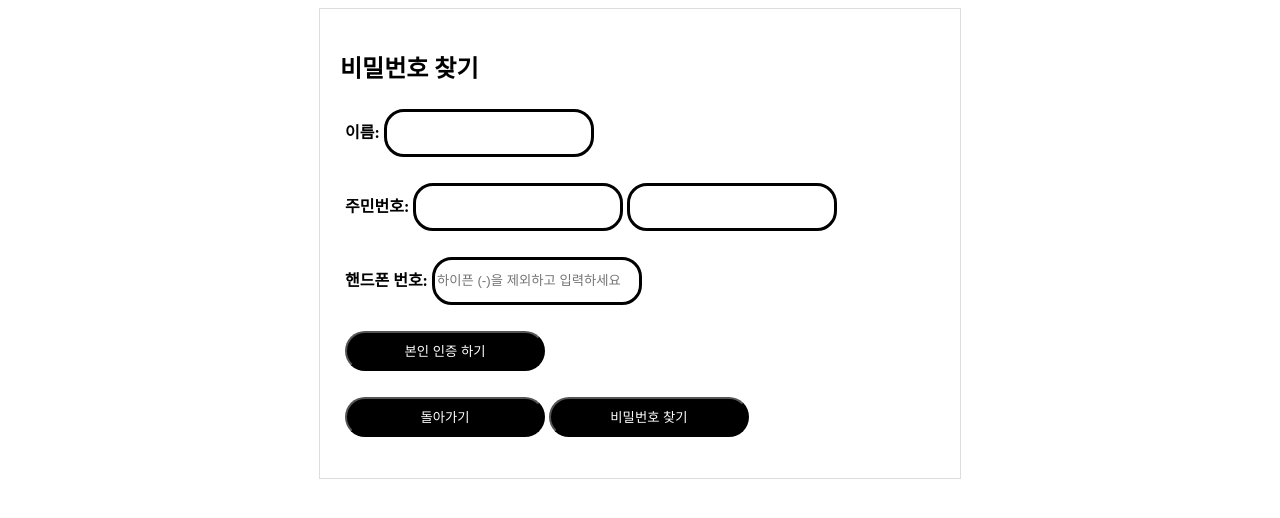
Repository: PEPI-dev/UI
Page: find_id_pw/findpw.html
The author's editor kept a copy of each file at every save. The page is drawn from the files as they stood at one save, then again after the next save.
The browser window is 1280 px wide. The pictures show the whole page.
Some web fonts or font styles are not loaded; a fallback is used.

Above is the page before, as saved 2023-12-05 16:44:44.

### find_id_pw/findpw.html
<!DOCTYPE html>
<html lang="en">
<head>
    <meta charset="UTF-8">
    <meta name="viewport" content="width=device-width, initial-scale=1.0">
    <title>비밀번호 찾기</title>
    <style>
        #container {margin: 0 auto; width: 600px; border: 1px solid #ddd;
        padding: 20px;}
        input {width: 200px; height: 40px; border: 3px solid black; border-radius: 20px;}
        p {font-weight: bold; padding: 5px;}
        button {width: 200px; height: 40px; background-color: black; color: white; border-radius: 20px; cursor: pointer;}
    </style>
</head>
<body>
    <div id="container">
        <h2>비밀번호 찾기</h2>
        <form action="#">
            <p>이름: <input type="text"></p>
            <p>주민번호: <input type="text"> <input type="password"></p>
            <p>핸드폰 번호: <input type="text" placeholder="하이픈 (-)을 제외하고 입력하세요"></p>
            <p><button>본인 인증 하기</button></p>
            <p><button type="button" onclick="backPage()">돌아가기</button> <button>비밀번호 찾기</button></p>
        </form>
    </div>

    <script>
        // 이전 페이지로 돌아가기
        function backPage(){
            window.history.back()
        }
    </script>
</body>
</html>

### userFrame.css
/*색상*/
.purple {
    background-color: #6658B1;
}

.gold {
    background-color: #EF9E3E;
}

.yellow {
    background-color: #F6C080;
}

/*폰트 -> 이거만 사용, 이미 적용시켜놨어용*/
@font-face {
    font-family: 'Pretendard-Regular';
    src: url('https://cdn.jsdelivr.net/gh/Project-Noonnu/noonfonts_2107@1.1/Pretendard-Regular.woff') format('woff');
    font-weight: 400;
    font-style: normal;
}

* {
    font-family: 'Pretendard-Regular';
}
/*기본 설정*/
html {
    font-size: 16px;
    box-sizing: border-box;
}

body, header, footer{
    width: 100%;
    font-size: 1rem;
    margin: 0;
    padding: 0;
    box-sizing: border-box;
}

header {
    padding: 30px;
    padding-left: 8%;
    padding-top: 50px;
    display: flex;
    font-size: 1.7rem;
    font-weight: 500;
    line-height: 1.7rem;
}

.title{
    margin-left: 0.9rem;
}

.container{
    width: 80%;
    margin: auto;
    padding: 0;
    box-sizing: border-box;
}
/*검색창, 입력창*/
.search {
    border: 1px solid #d1d0d0;
    border-radius: 10px;
    width: 100%;
    height: 40px;
    padding: 5px 20px;
    box-sizing: border-box;
}
/*뒤로가기 버튼*/
.xi-angle-left {
    color: #6658B1;
}
/*기본 버튼*/
.button {
    color: white;
    font-size: 20px;
    font-weight: 500;
    border-radius: 17px;
    border: 0px;
    width: 100%;
    height: 50px;
    margin-top: 50px;
}

footer {
    height: 60px;
}

### find_id_pw/findid.css
.btn_inside{
    width: fit-content;
    text-wrap: nowrap; /*버튼 크기가 텍스트 사이즈에 맞게 커지도록 설정, 텍스트가 밑으로 가지 않고 옆으로 가게끔*/
    background-color: #636163;
    color: white;
    font-weight: 500;
    border-radius: 7px;
    border: 0px;
    position: absolute;
    padding: 5px;
    position: absolute;
    transform: translate(-120%, 63%);
}

input {
    width: 80%;
    margin-top: 10px;
    position: relative;
}

.container{

    margin-top: 70px;
}

.button{
    width: 90%;
    margin-top: 70px;
    margin-left: 13px;
}

Loaded but not shown: a_XEIcon-2.2.0/xeicon.min.css (library)

After the next save:
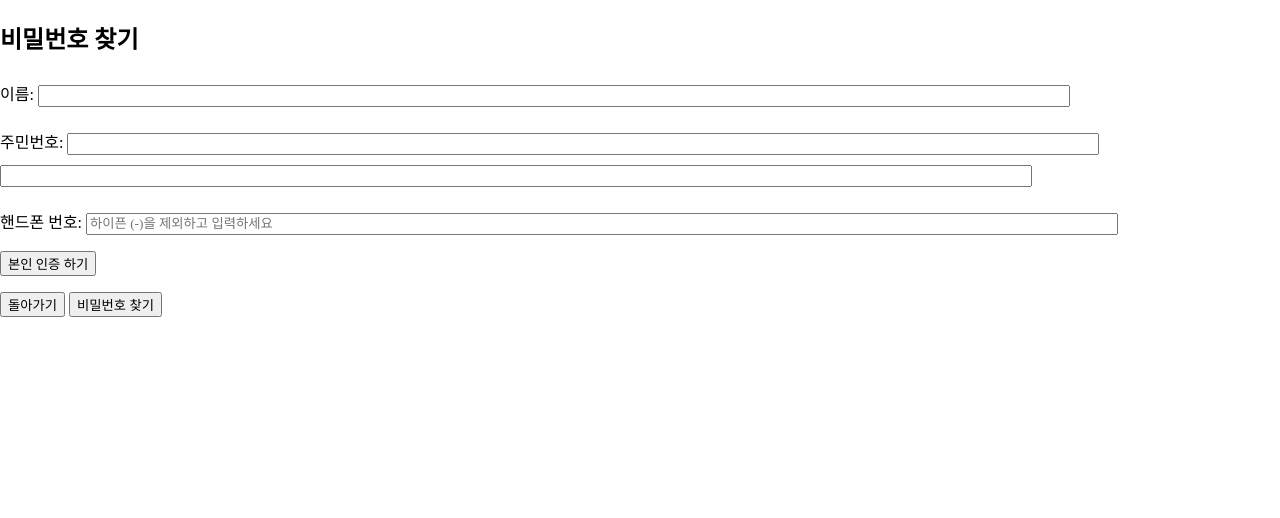
Saved 35 s later.
--- a/find_id_pw/findpw.html
+++ b/find_id_pw/findpw.html
@@ -4,13 +4,9 @@
     <meta charset="UTF-8">
     <meta name="viewport" content="width=device-width, initial-scale=1.0">
     <title>비밀번호 찾기</title>
-    <style>
-        #container {margin: 0 auto; width: 600px; border: 1px solid #ddd;
-        padding: 20px;}
-        input {width: 200px; height: 40px; border: 3px solid black; border-radius: 20px;}
-        p {font-weight: bold; padding: 5px;}
-        button {width: 200px; height: 40px; background-color: black; color: white; border-radius: 20px; cursor: pointer;}
-    </style>
+    <link rel="stylesheet" href="../userFrame.css">
+    <link rel="stylesheet" href="./findId.css">
+    <link rel="stylesheet" type="text/css" href="../a_XEIcon-2.2.0/xeicon.min.css">
 </head>
 <body>
     <div id="container">
